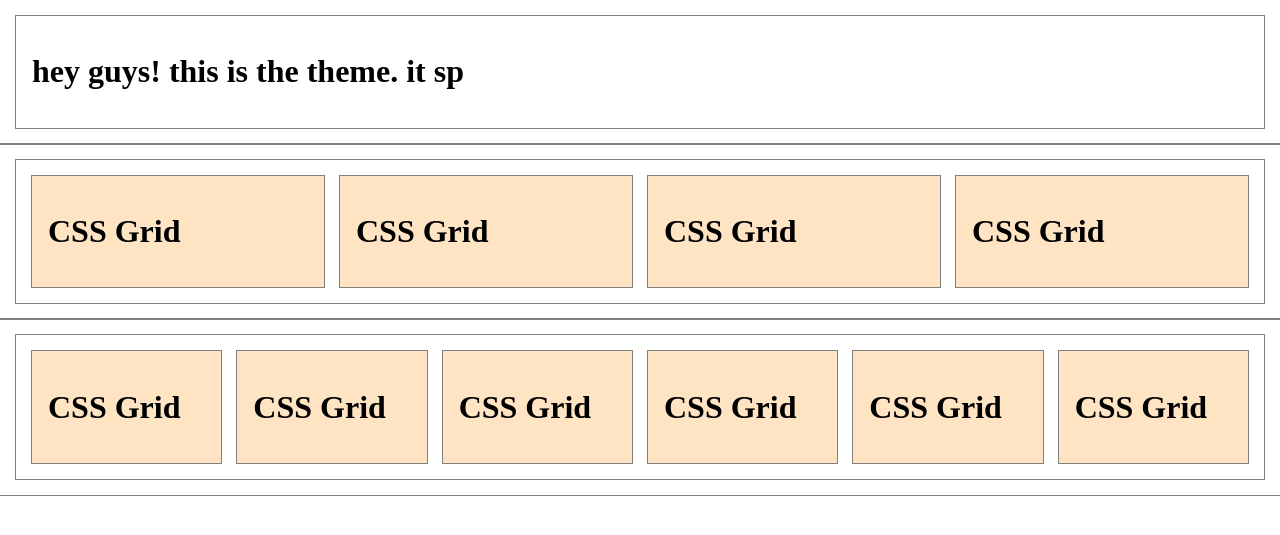
Repository: jjennbui/MDIA2003G-Assignment03B
Page: index.html
These files come from the project's save history. The page is drawn as it stood at one moment and after a run of saves; the edit follows.
The browser window is 1280 px wide. The pictures show the whole page.

Above is the page before, as saved 2023-01-24 20:01:50.

After the next 2 saves:
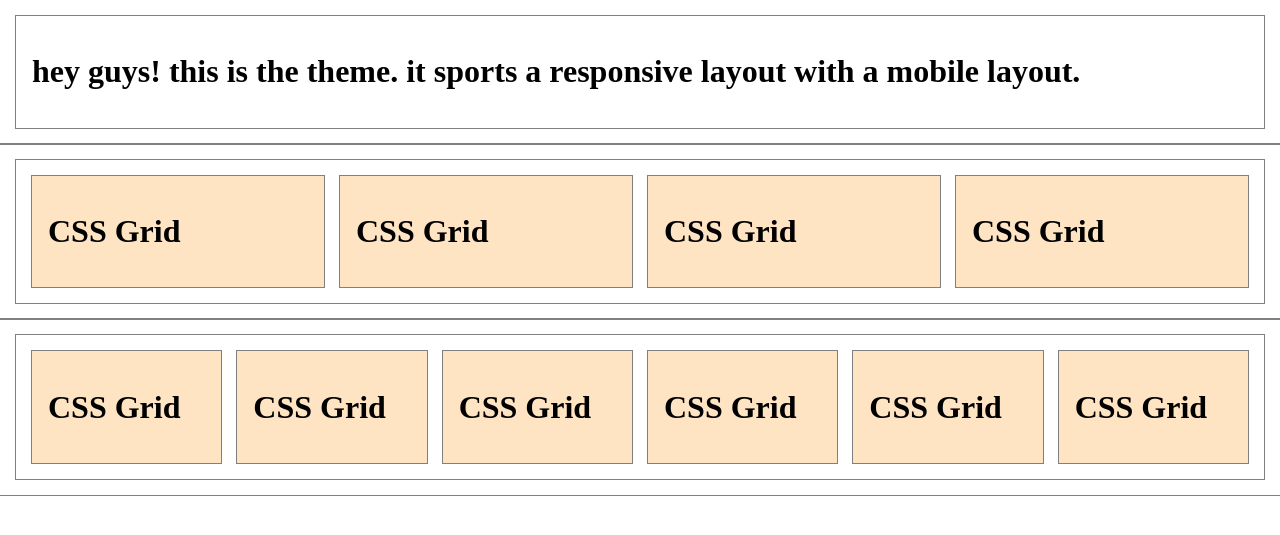
The 2 saves are shown as one change because they came seconds apart.
The last was saved 22 s later.
--- a/index.html
+++ b/index.html
@@ -26,7 +26,7 @@
 
   <div class="SECTION-ONE">
     <div class="row">
-     <h1>hey guys! this is the theme. it sp</h1>
+     <h1>hey guys! this is the theme. it sports a responsive layout with a mobile layout.</h1>
     </div>
   </div>
 
